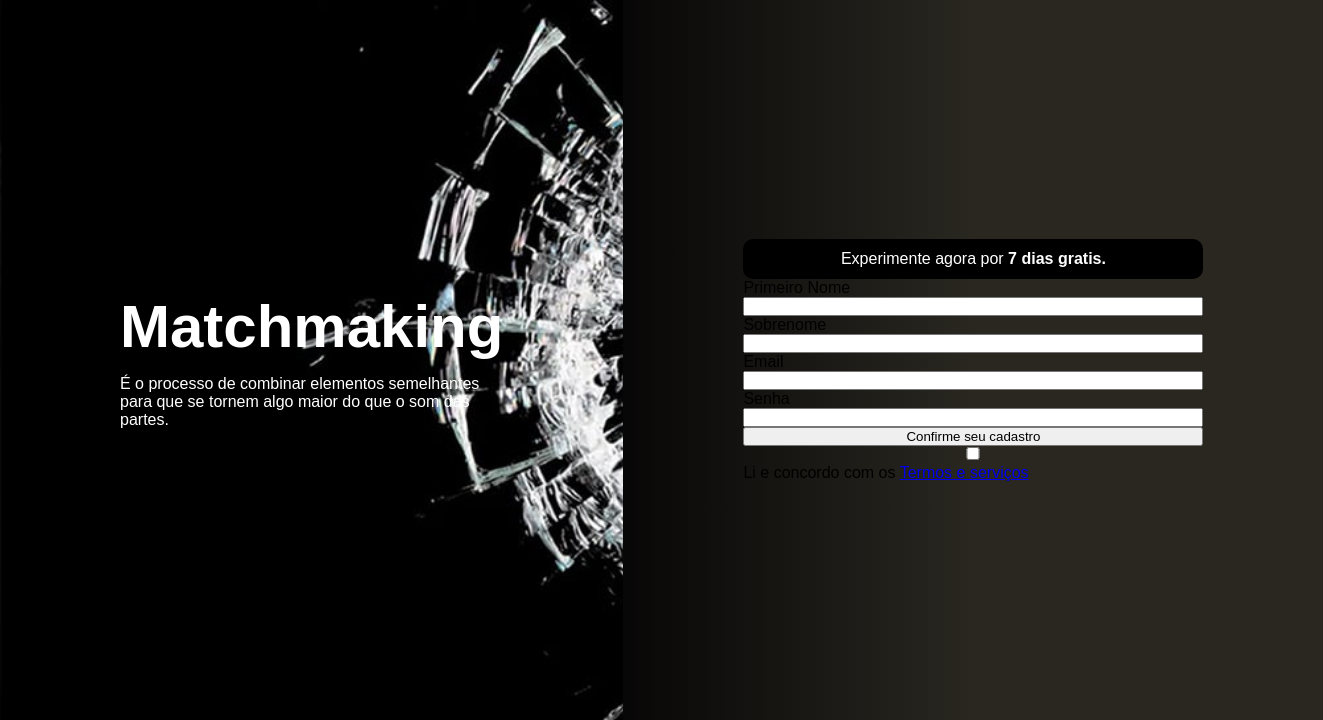
Repository: analessp/tela-login
Page: index.html
An editor plug-in stored every save of this project. The page is shown before and after the next save, followed by the edit.
The browser window is 1280 px wide. The page is 1323 px wide, so the pictures cover 1323 px, including what lies to the right of the window. The pictures show the whole page.
Some web fonts or font styles are not loaded; a fallback is used.

Above is the page before, as saved 2025-04-16 09:44:19.

After the next save:
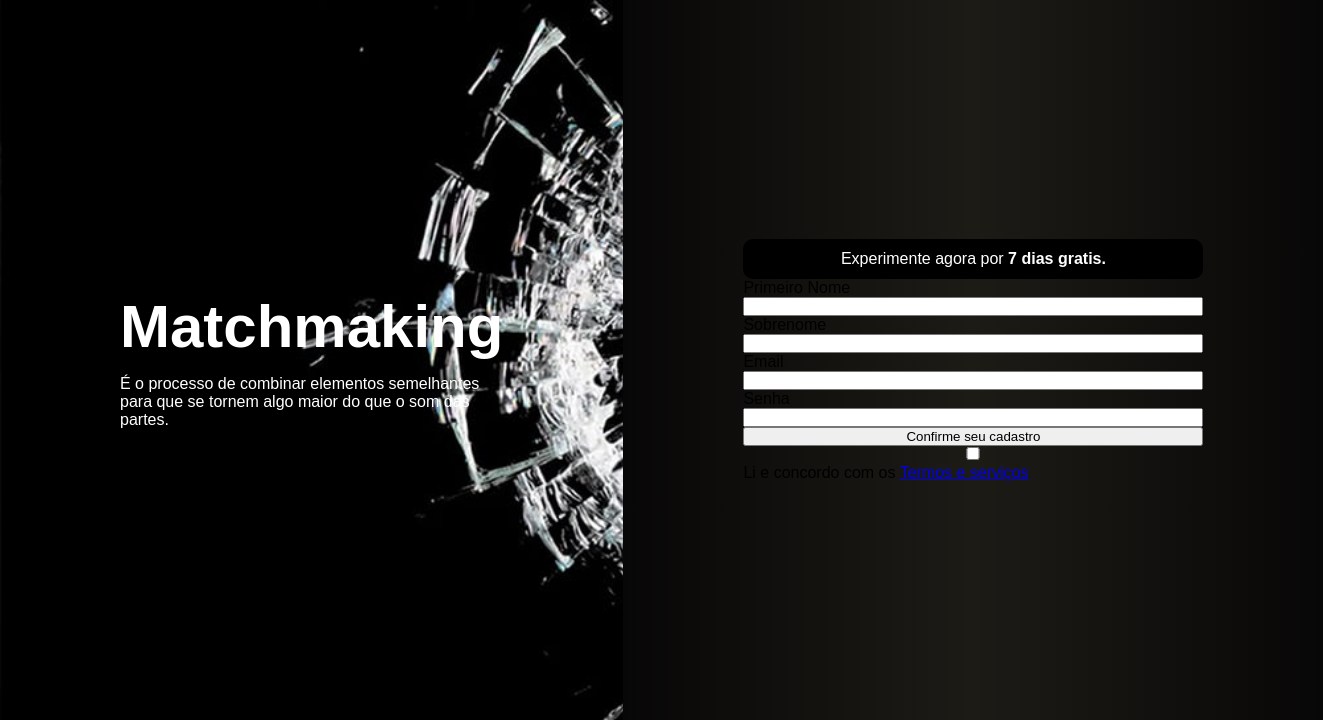
Saved 7 min 44 s later.
--- a/style.css
+++ b/style.css
@@ -57,7 +57,7 @@ main {
 
 .container-right {
     background: #080707;
-    background: linear-gradient(90deg, rgba(8, 7, 7, 1) 0%, rgba(41, 39, 32, 1) 50%, rgba(41, 39, 32, 1) 100%);
+    background: linear-gradient(90deg, rgba(8, 7, 7, 1) 0%, rgba(28, 27, 22, 1) 50%, rgba(8, 7, 7, 1) 100%);
     display: flex;
     flex-direction: column;
     justify-content: center;
